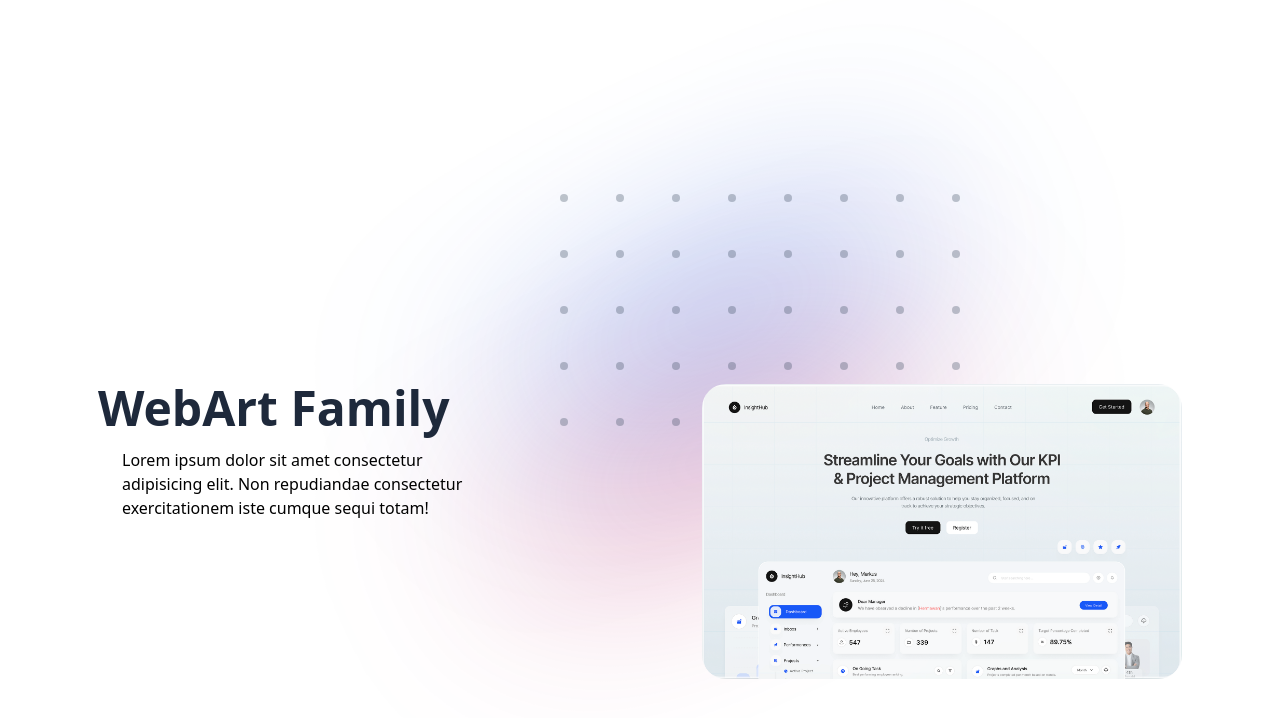
Repository: 30namp/youtube-web-art-code
Page: stunning landing page 1/index.html
The author's editor kept a copy of each file at every save. The page is drawn from the files as they stood at one save, then again after a run of saves.
The browser window is 1280 px wide. The pictures show the whole page.

Above is the page before, as saved 2024-09-26 18:31:25.

After the next 3 saves:
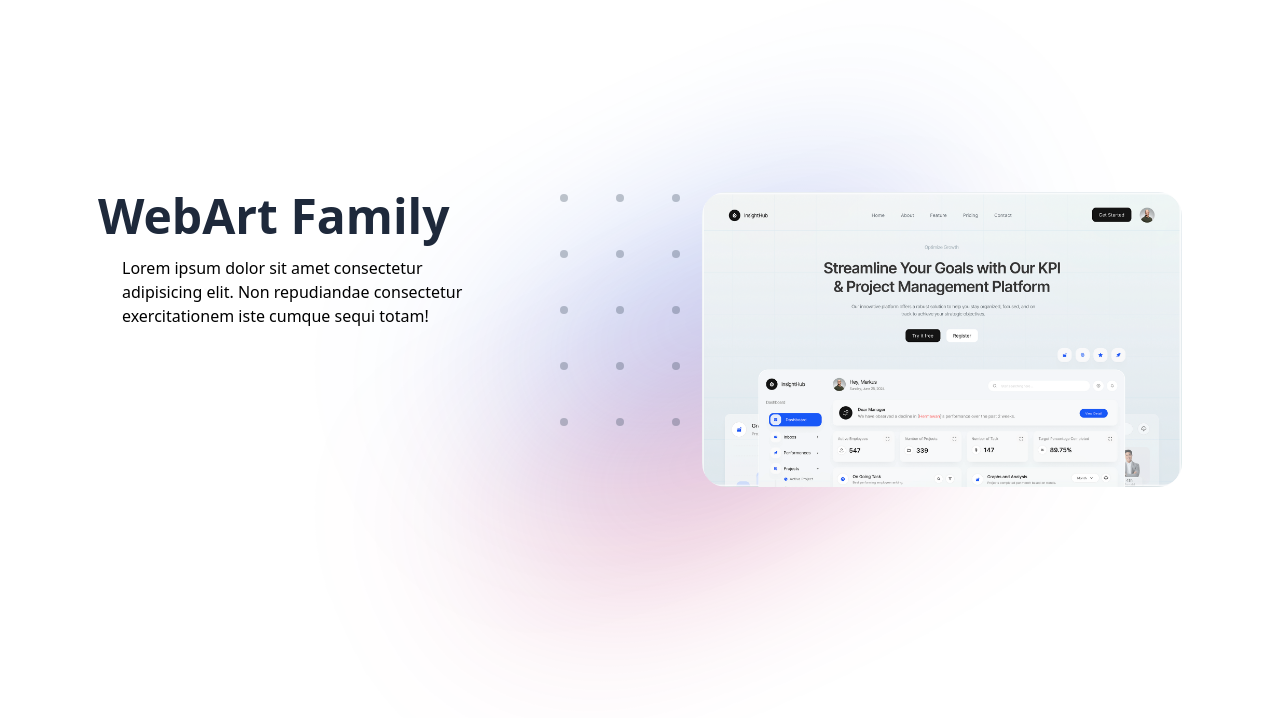
The 3 saves are shown as one change because they came seconds apart.
The last was saved 10 s later.
--- a/stunning landing page 1/index.html
+++ b/stunning landing page 1/index.html
@@ -56,7 +56,7 @@
       <div class="rounded-full bg-slate-700/30 size-2 shadow-lg"></div>
     </div>
 
-    <div class="hero-section relative pt-96 flex justify-around items-start">
+    <div class="hero-section relative pt-48 flex justify-around items-start">
       <div class="content flex flex-col gap-4">
         <h1 class="text-5xl font-bold text-slate-800">WebArt Family</h1>
         <div class="description ml-6 w-96">
